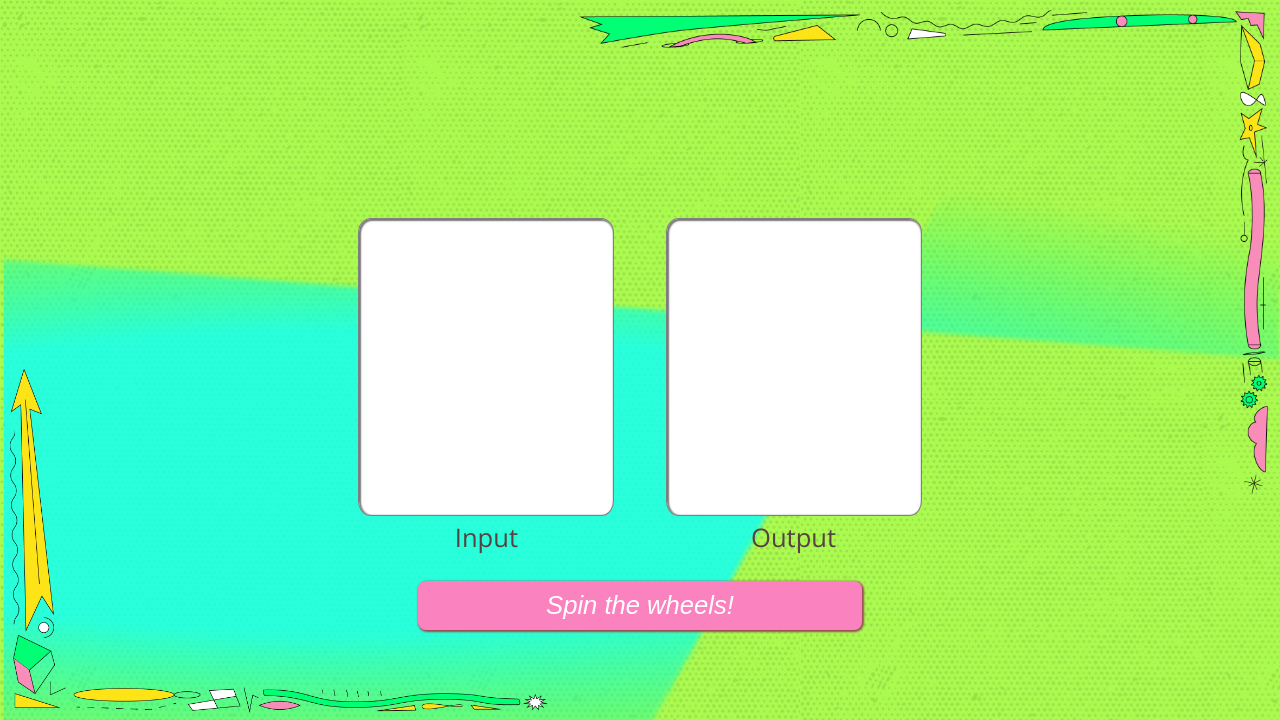
Repository: fakebrianho/IMA-Low-Res-Create-Athon-2022
Page: docs/project-generator/index.html
The author's editor kept a copy of each file at every save. The page is drawn from the files as they stood at one save, then again after the next save.
The browser window is 1280 px wide. The pictures show the whole page.

Above is the page before, as saved 2022-10-26 23:21:04.
Not found: docs/project-generator/libraries/p5.dom.js
Not found: docs/project-generator/libraries/p5.js
Not found: docs/project-generator/libraries/p5.sound.js

### docs/project-generator/index.html
<!DOCTYPE html>
<html>

<head>
  <script src="libraries/p5.js"></script>
  <script src="libraries/p5.dom.js"></script>
  <script src="libraries/p5.sound.js"></script>
  <link href="https://fonts.googleapis.com/css2?family=Open+Sans:ital,wght@0,300;0,400;0,600;0,700;0,800;1,300;1,400;1,600;1,700;1,800&display=swap" rel="stylesheet">
  <link rel="stylesheet" type="text/css" href="style.css">
  <meta charset="utf-8">
  <title>Create-Athon Project Generator</title>
</head>

<body>
  <header>

  </header>

  <section>

    <div id="wheel-container">

      <div class="prompt" id="input-prompt">
      <div class="changing-segment" >
          <div id="inputs">
          </div>
        </div>
        <div class="prompt-label" id="input-label">Input</div>
      </div>

      <div class="prompt" id="output-prompt">
      <div class="changing-segment">
        <div id="outputs">
        </div>
      </div>
      <div class="prompt-label" id="output-label">Output</div>
      </div>

    </div>

    <div id="button-container">
      <button> Spin the wheels! </button>
    </div>

  </section>

  <script src="sketch.js"></script>
  <script src="wheel.js"></script>

</body>

</html>

### docs/project-generator/style.css
html,
body {
	margin: 0;
	padding: 0;
	width: 100%;
	height: 100%;
	box-sizing: border-box;
	font-family: 'Open Sans', sans-serif;
}

section {
	width: 100%;
	height: 100%;
	position: absolute;
	background: url(image/bg_border-top.png), url(image/bg_border-bottom.png),
		url(image/bg_gradient.png), url(image/bg_texture.png), #aafa50;
	background-repeat: no-repeat, no-repeat, no-repeat, repeat;
	background-size: auto 70vh, auto 50vh, 100vw 120vh, 800px auto;
	background-position: right top, left 50vh, left 25vh, 0 0;
}

p {
	position: relative;
	overflow: hidden;
	overflow-x: auto;
}

#wheel-container {
	display: flex;
	justify-content: center;
	margin-top: 15%;
	overflow: hidden;
}

.prompt {
	display: flex;
	flex-direction: column;
	width: 20%;
	padding: 2%;
	text-align: center;
	overflow: hidden;
}

.changing-segment {
	box-shadow: 1px 1px 1.5px 1px #777 inset;
	border-radius: 5%;
	border-style: groove;
	border-color: gray;
	border-width: 1px;
	position: relative;
	overflow: none;
	background-color: #fff;
	color: black;
	height: 17rem;
	padding: 1rem 0 0.5rem 0;
	font-size: 1.2rem;
	line-height: 1.55rem;
}

#inputs,
#outputs {
	padding: 5%;
}

.prompt-label {
	color: #594042;
	margin-top: 0.3rem;
	font-size: 1.6rem;
}

#button-container {
	margin-top: 0%;
	text-align: center;
}

button {
	background: #fa82be;
	/* background: #96c8dc; */
	cursor: pointer;
	box-shadow: 1px 1px 2px 1px rgb(148, 79, 79);
	color: white;
	border-width: 0px;
	border-radius: 0.5rem;
	padding: 0.8% 10% 0.8% 10%;
	font-size: 1.6rem;
	font-weight: 400;
	font-style: italic;
}

### docs/presentation-order/sketch.js
let spinButton;
let data;
let inputWheel, outputWheel;
let clickSound, endSound, gameShow;
let isSpinning = false;
let resourcesAvailable = false;

function preload() {
  data = loadJSON('data/generator.json');
  //sounds are public domain
  clickSound = loadSound('sound/faded_sine.mp3');
  endSound = loadSound('sound/Electronic_Chime-KevanGC-495939803.mp3');
  // maybe not this sound?
  gameShow = loadSound('sound/gameshow_short.mp3');
}

function windowResized(){
  resizeCanvas(windowWidth, windowHeight);
}

function setup() {
  frameRate(60);

  clickSound.setVolume(0.4);
  gameShow.setVolume(0.5);

  inputWheel = new Wheel(
    '#inputs',
    data.input
  );
  outputWheel = new Wheel(
    '#outputs',
    data.output
  );

  spinButton = select('button');
  spinButton.mouseClicked(startSpin);
}

function draw() {

  // workaround, see line 69
  // if (inputWheel.spin) {
  //   // inputWheel.move();
  // }
  if (outputWheel.spin) {
    outputWheel.move();
  }

  if(isSpinning){
    if(inputWheel.difference == 0 && outputWheel.difference == 0){
      endSound.play();
      setTimeout(() => {  gameShow.play(); }, 100);
      isSpinning = false;
    }
  }

}

function startSpin(

  clickEvent,
  targetInput = floor(random(data.input.length)),
  targetOutput = floor(random(data.output.length)),

) {
  isSpinning = true;

  // inputWheel.target = targetInput; // not the target that displays!!
  // inputWheel.spin = true;
  inputWheel.update(targetInput);
  // inputWheel.resetAriaHidden();

  outputWheel.target = targetOutput;
  outputWheel.spin = true;
  outputWheel.resetAriaHidden();

  // console.log(
  //   'make a something where the input is ' +
  //     data.input[targetInput] +
  //     ' and an output is ' +
  //     data.output[targetOutput]
  // );

  // remove data from array here
  console.log(data.input[targetInput]);
  data.input.splice(targetInput, 1);
  console.log(data.input);
}

### docs/project-generator/wheel.js
class Wheel {
    constructor(parentID, data, count = 5, startIndex = 0) {
        this.count = count;
        this.data = data;
        this.numOfCycles = Math.floor(random(2,4));
        this.startIndex = startIndex;
        this.currentIndex = this.startIndex - this.data.length*this.numOfCycles;
        this.parentID = parentID;
        this.elements = [];
        this.position = [];
        this.target = startIndex;
        this.speed = 5;
        this.difference = 0;

        for (let i = 0; i < this.count; i++) {
            this.elements[i] = createP(this.data[(this.startIndex + i - floor(this.count / 2)) % this.data.length]);
            this.elements[i].parent(this.parentID);
            this.elements[i].attribute('aria-hidden', true);
            this.elements[i].style('color', rgbToHex(int(random(120)), int(random(120)), int(random(120))));
            this.position[i] = this.elements[i].position();
            if (i == floor(this.count / 2)) {
                this.elements[i].attribute('aria-hidden', false);
            } else {
                this.elements[i].style('visibility', 'hidden');
            }
        }
        // this feels hacky?
        this.startTop = this.position[0].y;
        this.currTop = parseInt(this.elements[0].style('top'));
        this.distanceBetweenElements = this.position[1].y - this.position[0].y;

        this.spin = false;
    }

    resetAriaHidden() {
        for (let i = 0; i < this.count; i++) {
            this.elements[i].attribute('aria-hidden', true);
            this.elements[i].style('visibility', 'visible');
        }
    }
    move() {
        this.currTop -= this.speed;

        this.difference = int(this.target) - int(this.currentIndex);
        this.speed = 60 * abs((this.difference) % (this.data.length*this.numOfCycles*2)) / (this.data.length*this.numOfCycles*2);

        // console.log(this.data[this.target],this.target, this.currentIndex, this.difference, (this.data.length*this.numOfCycles), this.speed);
        if (this.currTop < -this.distanceBetweenElements / 2) {
            clickSound.play();
            this.currentIndex++;
            this.startIndex = this.currentIndex + this.data.length*this.numOfCycles;
            this.startIndex %= this.data.length;
            this.elements[0].remove();
            this.currTop = 0;
            this.elements.splice(0, 1);
            this.elements.push(createP(this.data[(this.data.length + this.startIndex + floor(this.count / 2)) % this.data.length]));
            this.elements[this.elements.length - 1].parent(this.parentID);
            this.elements[this.elements.length - 1].attribute('aria-hidden', true);
            this.elements[this.elements.length - 1].style('color', rgbToHex(int(random(120)), int(random(120)), int(random(120))));
        }
        for (let i = 0; i < this.elements.length; i++) {
            this.elements[i].style('top', this.currTop + 'px');
        }
          if (this.difference == 0) {
            this.spin = false;
            this.numOfCycles = floor(random(2,5));
            this.currentIndex = this.startIndex - this.data.length*this.numOfCycles;
            for (let i = 0; i < this.elements.length; i++) {
                if (i == floor(this.elements.length / 2)) {
                    this.elements[i].attribute('aria-hidden', false);
                    this.elements[i].addClass('wrap');
                } else {
                    this.elements[i].style('visibility', 'hidden');
                }
            }
        }
    }
}

function componentToHex(c) {
    var hex = c.toString(16);
    return hex.length == 1 ? "0" + hex : hex;
}

function rgbToHex(r, g, b) {
    return "#" + componentToHex(r) + componentToHex(g) + componentToHex(b);
}

After the next save:
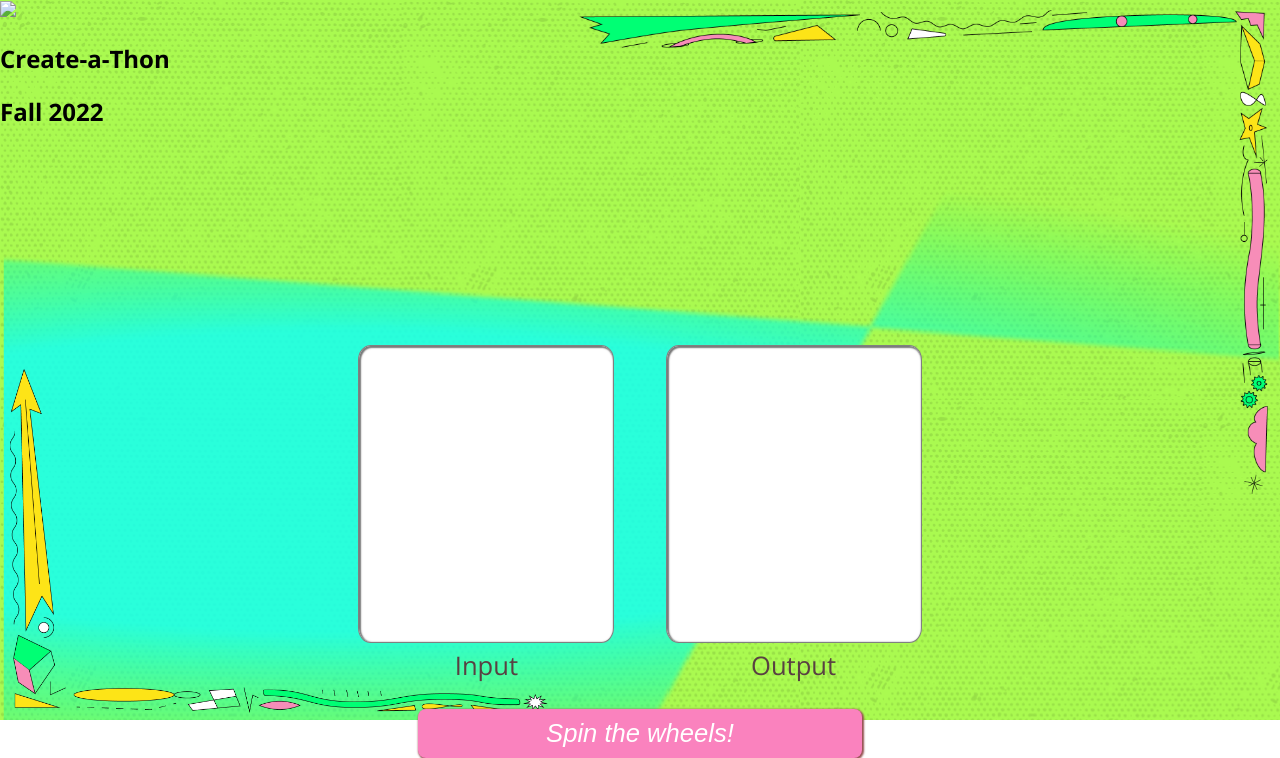
Not found: docs/project-generator/assets/lowres_logo_black.png
Saved 3 min 33 s later.
--- a/docs/project-generator/index.html
+++ b/docs/project-generator/index.html
@@ -5,7 +5,9 @@
   <script src="libraries/p5.js"></script>
   <script src="libraries/p5.dom.js"></script>
   <script src="libraries/p5.sound.js"></script>
-  <link href="https://fonts.googleapis.com/css2?family=Open+Sans:ital,wght@0,300;0,400;0,600;0,700;0,800;1,300;1,400;1,600;1,700;1,800&display=swap" rel="stylesheet">
+  <link
+    href="https://fonts.googleapis.com/css2?family=Open+Sans:ital,wght@0,300;0,400;0,600;0,700;0,800;1,300;1,400;1,600;1,700;1,800&display=swap"
+    rel="stylesheet">
   <link rel="stylesheet" type="text/css" href="style.css">
   <meta charset="utf-8">
   <title>Create-Athon Project Generator</title>
@@ -17,11 +19,13 @@
   </header>
 
   <section>
-
+    <img src="assets/lowres_logo_black.png" style="max-width: 200px">
+    <h1>Create-a-Thon</h1>
+    <h2>Fall 2022</h2>
     <div id="wheel-container">
 
       <div class="prompt" id="input-prompt">
-      <div class="changing-segment" >
+        <div class="changing-segment">
           <div id="inputs">
           </div>
         </div>
@@ -29,11 +33,11 @@
       </div>
 
       <div class="prompt" id="output-prompt">
-      <div class="changing-segment">
-        <div id="outputs">
+        <div class="changing-segment">
+          <div id="outputs">
+          </div>
         </div>
-      </div>
-      <div class="prompt-label" id="output-label">Output</div>
+        <div class="prompt-label" id="output-label">Output</div>
       </div>
 
     </div>

After the save that followed:
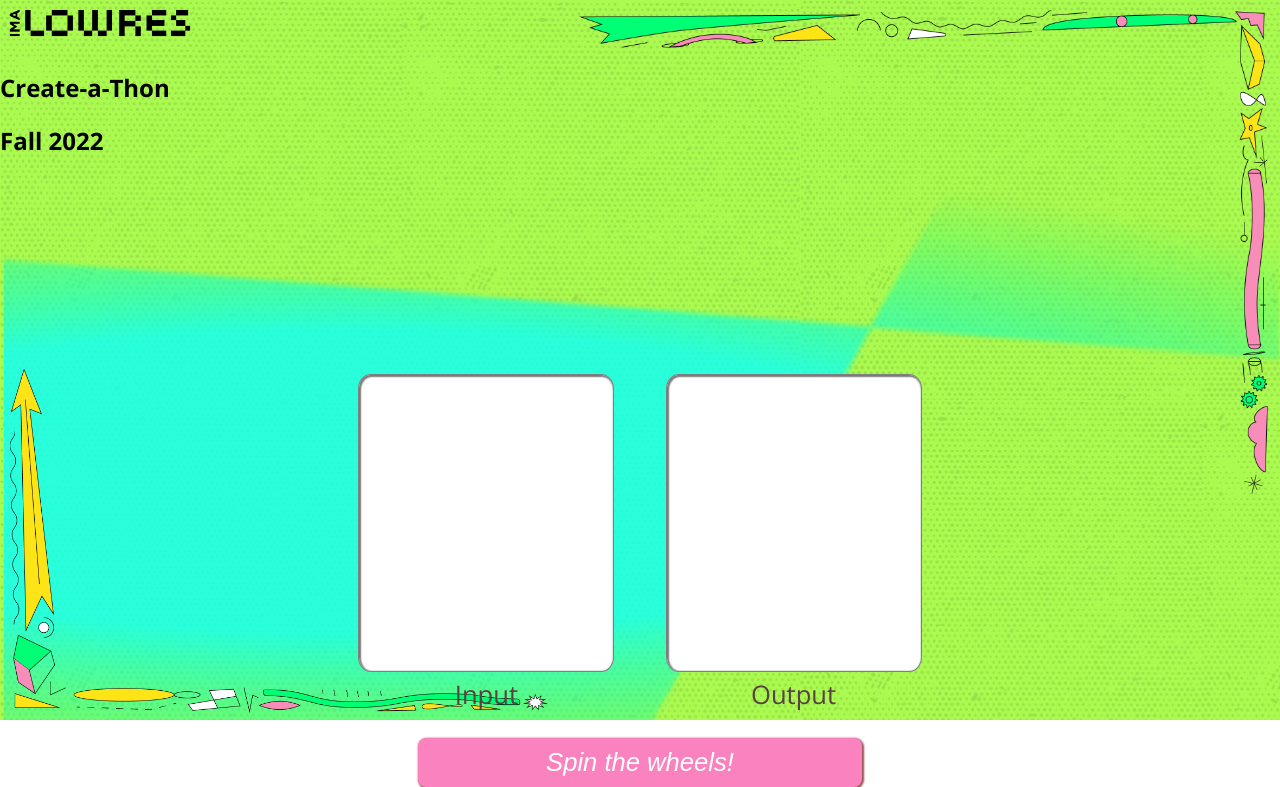
Saved 5 s later.
--- a/docs/project-generator/index.html
+++ b/docs/project-generator/index.html
@@ -19,7 +19,7 @@
   </header>
 
   <section>
-    <img src="assets/lowres_logo_black.png" style="max-width: 200px">
+    <img src="image/lowres_logo_black.png" style="max-width: 200px">
     <h1>Create-a-Thon</h1>
     <h2>Fall 2022</h2>
     <div id="wheel-container">
